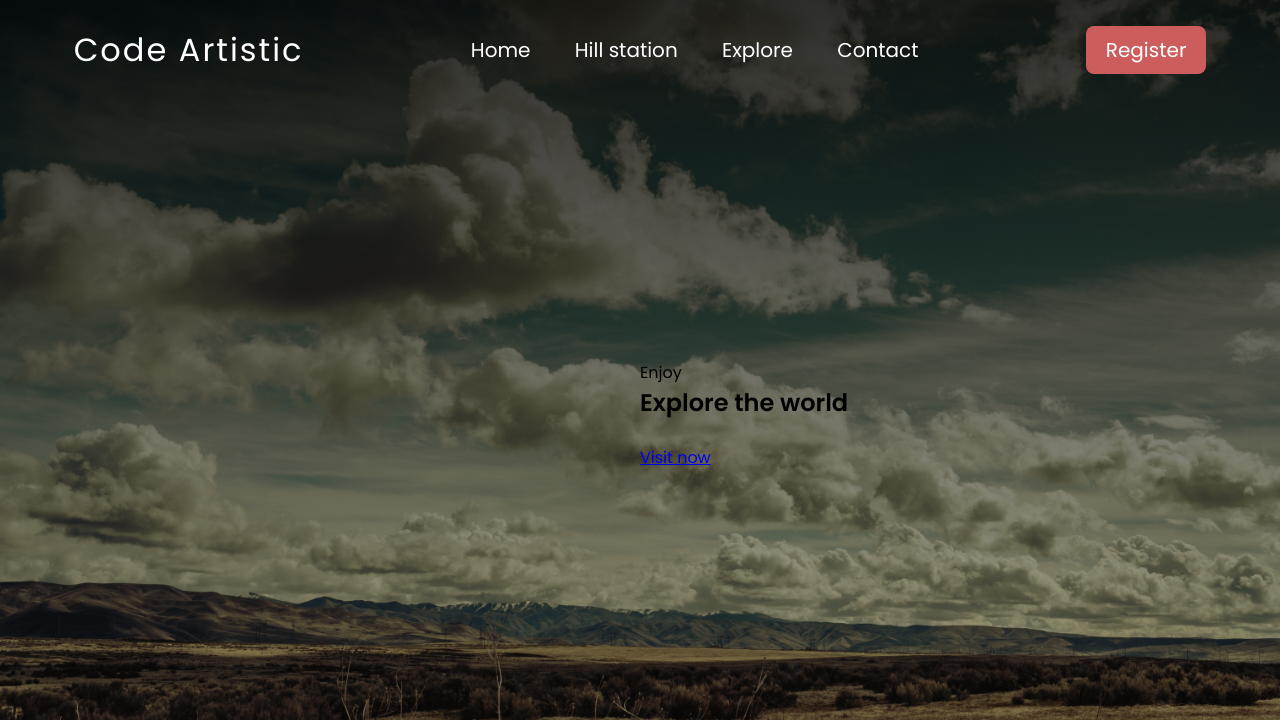
Repository: Ruxmary7/energy
Page: starter/index.html
An editor plug-in stored every save of this project. The page is shown before and after the next save, followed by the edit.
The browser window is 1280 px wide. The pictures show the whole page.

Above is the page before, as saved 2025-01-10 22:13:02.

After the next save:
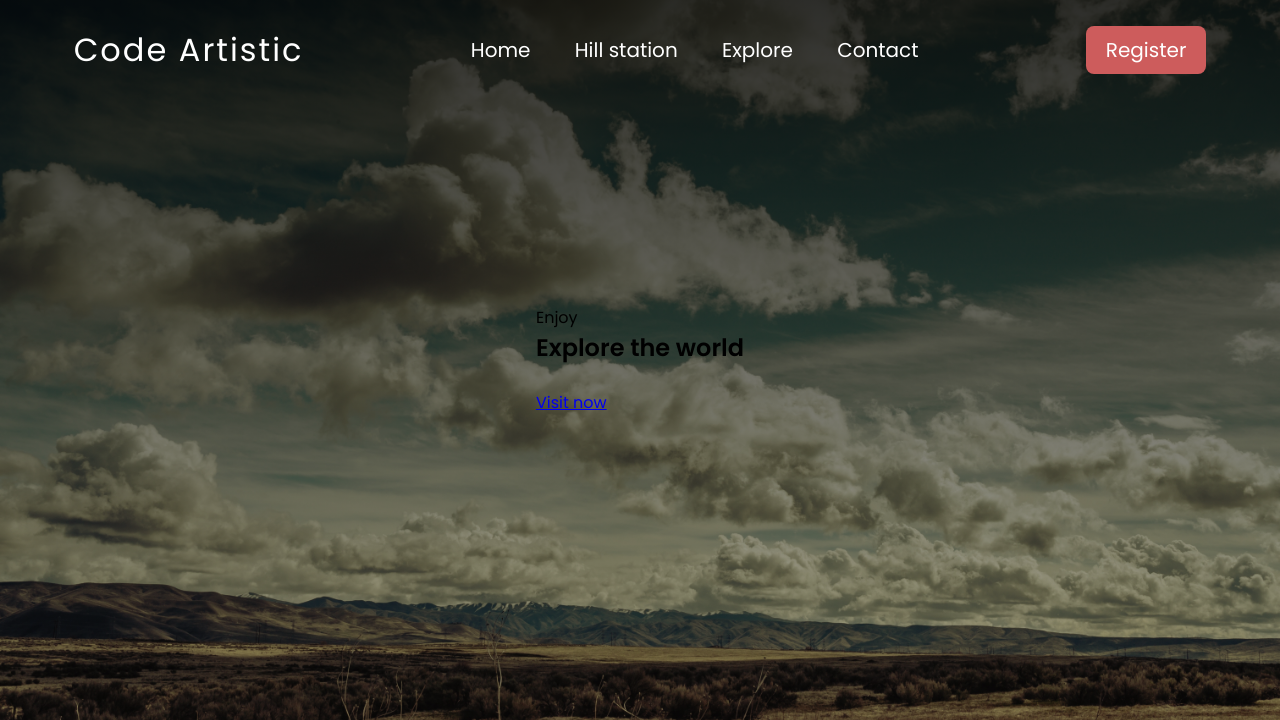
Saved 11 s later.
--- a/starter/style.css
+++ b/starter/style.css
@@ -44,6 +44,6 @@ letter-spacing: 2px;
     top: 50%;
     left: 50%;
     max-width: 650px;
-    transform: translate();
+    transform: translate(-50%, -50%);
  }
 }
